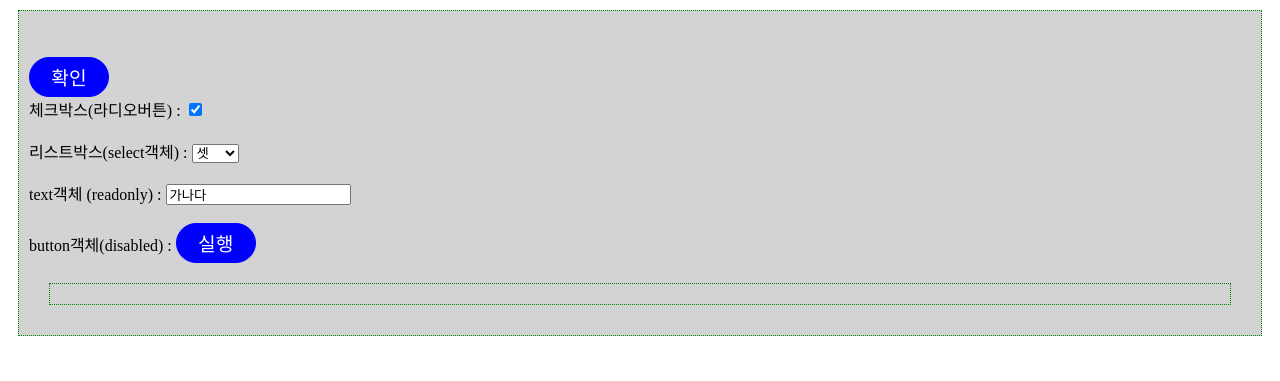
Repository: JJaeHwan/HTML
Page: jquerypro/WebContent/0116/상태메소드.html
The author's editor kept a copy of each file at every save. The page is drawn from the files as they stood at one save, then again after the next save.
The browser window is 1280 px wide. The pictures show the whole page.

Above is the page before, as saved 2023-01-16 05:20:56.

### jquerypro/WebContent/0116/상태메소드.html
<!DOCTYPE html>
<html>
<head>
<meta charset="UTF-8">
<title>Insert title here</title>
<link rel="stylesheet" href="../css/public.css">
<script src="../js/jquery-3.6.3.min.js" type="text/javascript"></script>
</head>
<body>


<div class="box">
	<br><br>
	<input type="button" value="확인" id="btn1">
	<br>
		<form>
			체크박스(라디오버튼) :
			 <input type="checkbox" id="checkTest"  checked><br><br>

			리스트박스(select객체) :
			 <select id="selTest" >
			     <option value="1">하나</option>
			     <option value="2">둘</option>
			     <option value="3" selected >셋</option>
			     <option value="4">넷</option>
			 </select><br><br>

			 text객체	(readonly) : <input type="text" value="가나다" id="txtTest"><br><br>

			 button객체(disabled) :
			       <input type="button" value="실행" id="runBtn" disabled="disabled" onclick = "alert('hello')">
		</form>

	<div id="res1">


	</div>
</div>
</body>
</html>

### jquerypro/WebContent/css/public.css
@charset "UTF-8";

pre{

	font-size: 1.5em;
	border: 5px double blue;
	border-left : none;
	border-right: none;
	padding: 10px;
	background-color: skyblue;

}

  .box{
  	margin: 10px;
  	padding: 10px;
  	border: 1px dotted green;
  	background-color: lightgray;

  }
  .box div{
  	/* height: 100px; */
  	padding: 10px;
  	margin: 20px;
  	border: 1px dotted green;
  }
  input[type=button]{
  	width: 80px;
  	height: 40px;
  	background: blue;
  	color: white;
  	font-size: 1.2em;
  	border-radius: 20px;
  	border : 1px solid blue;
  }

Loaded but not shown: jquerypro/WebContent/js/jquery-3.6.3.min.js (library)

After the next save:
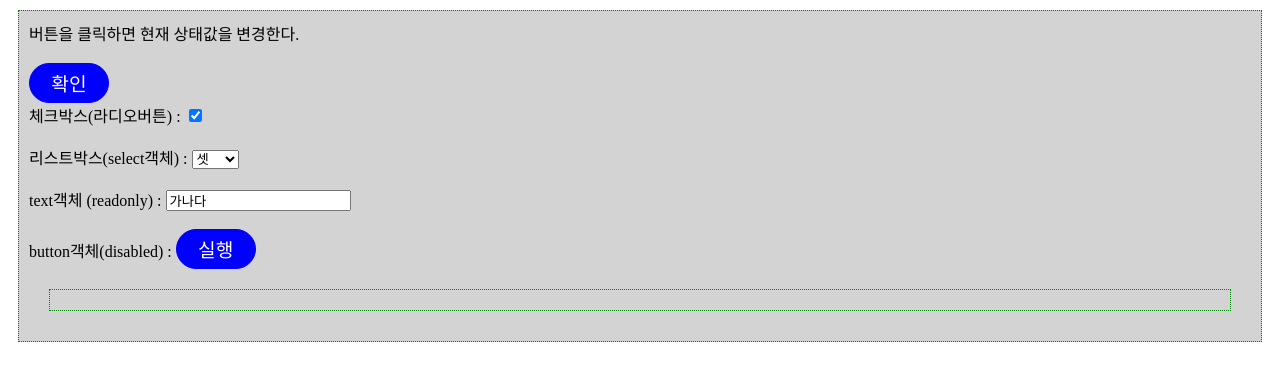
Saved 10 min 39 s later.
--- a/jquerypro/WebContent/0116/상태메소드.html
+++ b/jquerypro/WebContent/0116/상태메소드.html
@@ -5,11 +5,32 @@
 <title>Insert title here</title>
 <link rel="stylesheet" href="../css/public.css">
 <script src="../js/jquery-3.6.3.min.js" type="text/javascript"></script>
+
+<script type="text/javascript">
+$(function(){
+	$('#btn1').on('click', function(){
+		vchk = $('#checkTest').prop('checked')
+
+		vopt = $('#selTest option:eq(0)').prop('selected');
+		vtxt = $('#textTest').prop('readonly');
+
+		vrun = $('#runBtn').prop('disabled');
+
+		console.log(vchk, vopt, vtxt, vrun);
+
+
+	})
+
+})
+
+</script>
+
 </head>
 <body>
 
 
 <div class="box">
+버튼을 클릭하면 현재 상태값을 변경한다.
 	<br><br>
 	<input type="button" value="확인" id="btn1">
 	<br>
